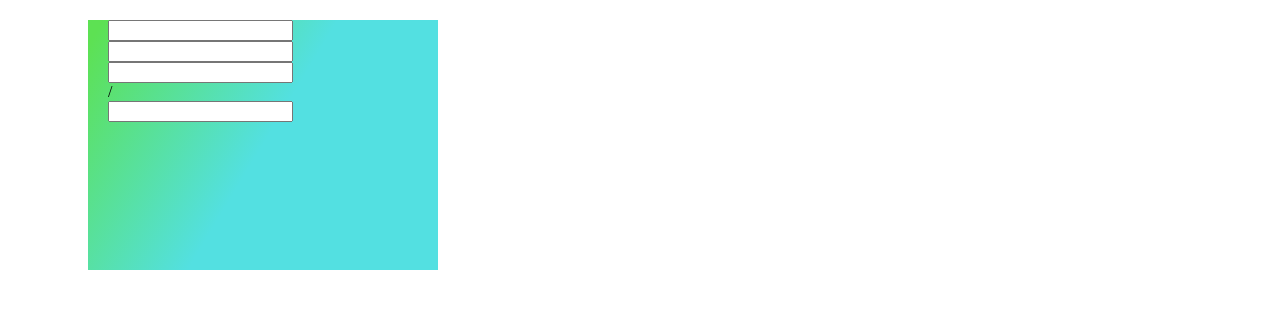
Repository: Abhi2359/frontendchallenge-1
Page: /
An editor plug-in stored every save of this project. The page is shown before and after the next save, followed by the edit.
The browser window is 1280 px wide. The pictures show the whole page.
The project was rebuilt for these pictures with package versions that can differ from the ones it lists, and the page was loaded fresh each time. Also part of the build but not shown: src/components/Cards/Card2.css, src/components/Cards/Card2.js, src/components/Layout/Layout.js.

Above is the page before, as saved 2023-02-15 22:24:46.

### src/App.js


import Card1 from "./components/Cards/Card1";
import Layout from "./components/Layout/Layout";


function App() {
  return (
    <div className="App">


      <Card1/>
    {/*
      <Layout/>


    */}

    </div>
  );
}

export default App;

### src/components/Cards/Card1.js
import React from "react";
import   "./Card1.css";

function Card1({ cardNumber, cardHolderName, expMonth, expYear }) {
  return (
    <>
      <div className="card1">
        <div class="cardinput">
          <div class="_card__number">
            <input type="text" value={cardNumber} readOnly id="input" />
          </div>

          <div class="_card__details">
            <input type="text" value={cardHolderName} readOnly id="input" />
            <div class="expiry">
              <input type="text" value={expMonth} readOnly id="input" />
              <div class="slash">/</div>
              <input type="text" value={expYear} readOnly id="input"/>
            </div>
          </div>
        </div>
      </div>
    </>
  );
}

export default Card1;

### src/components/Cards/Card1.css
.card1 {

  background: rgb(16, 16, 16);
background: linear-gradient(121deg, rgba(93,225,83,1) 3%, rgba(83,224,225,1) 50%);
 height: 250px;
}

.cardinput{
  width: 100%;
  margin: 20px;

}

### src/components/Layout/layout.css
.layout{

    margin: 0;
    padding: 0;
    height: 100vh;
}
.partitions
{
    width: 100vw;
    height: 100%;
display: flex;
flex-wrap: wrap;
flex-direction: row;
justify-content: space-between;
}

.partition1{
    background: linear-gradient(121deg, rgb(122, 6, 95) 14%, rgba(182,21,151,1) 40%, rgba(83,98,225,1) 78%);

height: 100vh;
flex-grow: 1;
color: white;
width: 40%;

}

.partition2{
background-color: rgb(243, 242, 242);
 height: 100vh;
flex-grow: 8;
display: flex;
align-items: center;
justify-content: center;
}

.Form{
    margin-left: 80px;

}

.Form input{
    margin: 5px;
    height: 35px;
    margin-top: 10px;
    margin-bottom: 20px;

}

.card_holder{
    width: 300px;
    border: 1px solid gray;
    border-radius: 5px;
}
.card_number{
    width: 300px;
    border: 1px solid gray;
    border-radius: 5px;
}
label{
    font-size: 12px;
    font-weight: bold;
    padding-left: 10px;
}



.cvc{
    margin-left: 40px;
}

.number{
    width: 60px;
    border: 1px solid gray;
    border-radius: 5px;
}
#cvc{
    width: 140px;
    border: 1px solid gray;
    border-radius: 5px;
}
.button{
    width: 300px;
    margin-left: 10px;
    background-color: black;

    color: white;
    height: 40px;
    border-radius: 5px;
 }

.partitiion1 ,h1{
margin-left: 100px;
}

.card1{
    margin-top: 20px;
    margin-left: 80px;
    width: 350px;



}

.card2{
    margin-top: 20px;
    margin-left: 60px;
}

Loaded but not shown: public/index.html (common file); src/index.js (common file)

After the next save:
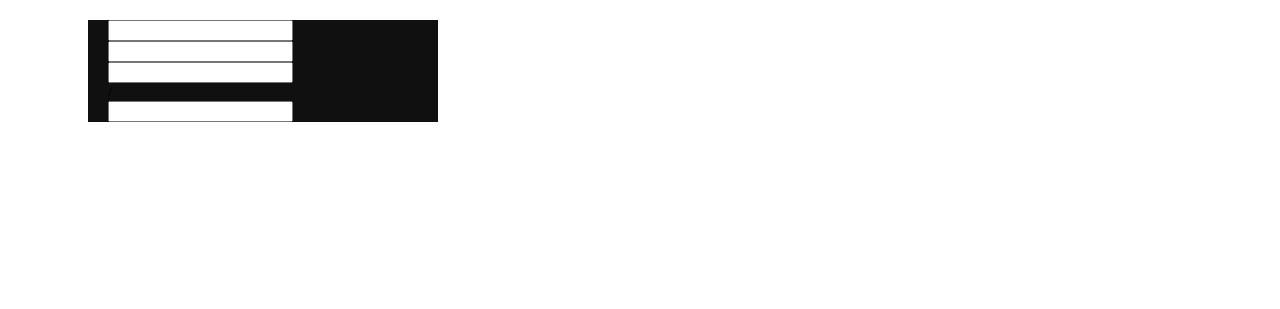
Saved 15 s later.
--- a/src/components/Cards/Card1.css
+++ b/src/components/Cards/Card1.css
@@ -1,8 +1,7 @@
 .card1 {
 
   background: rgb(16, 16, 16);
-background: linear-gradient(121deg, rgba(93,225,83,1) 3%, rgba(83,224,225,1) 50%);
- height: 250px;
+
 }
 
 .cardinput{
